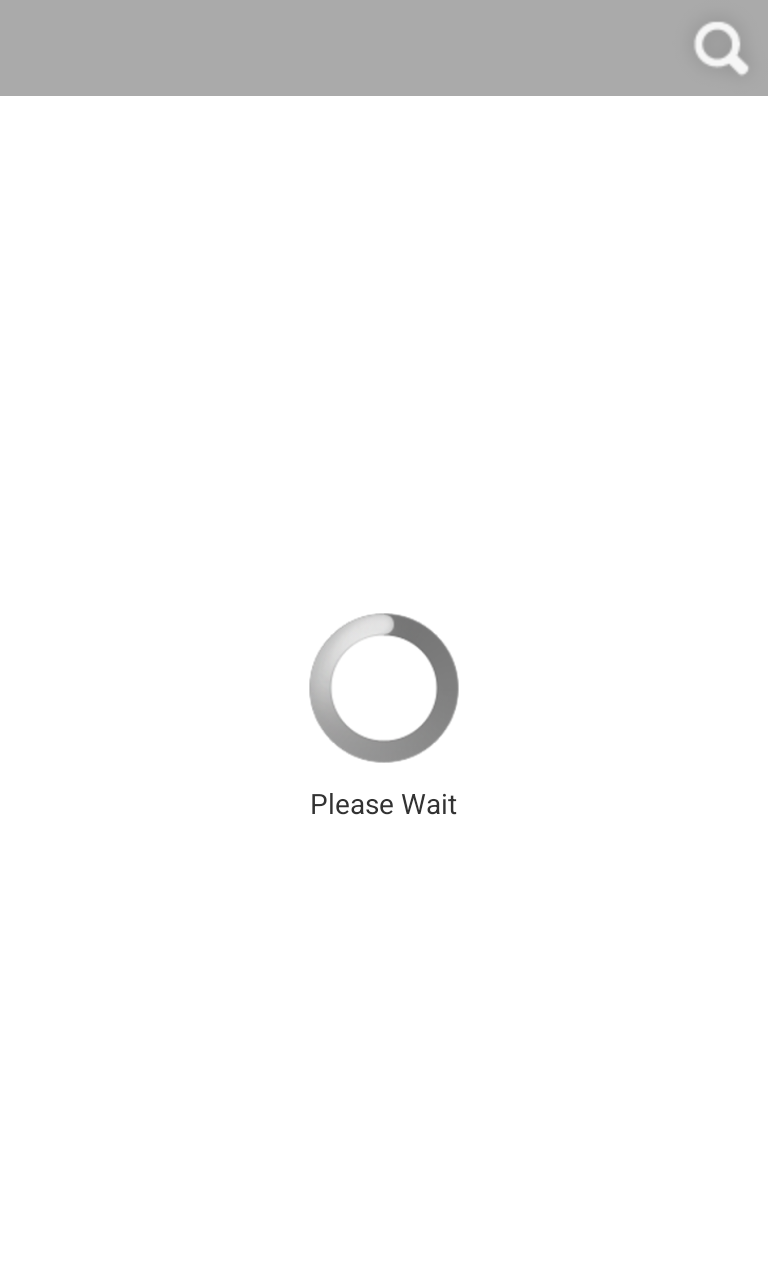
Repository: galihandy/chessboard
Layout: ArsenalIndonesia/res/layout/multiview.xml
These files come from the project's save history. The layout is drawn as it stood at one moment and after the next save; the edit follows.
It is drawn on a 768 x 1280 px phone screen (xhdpi) without system bars, with theme android:Theme.Light.NoTitleBar; the app's code is not run. Lists and similar views that code fills are empty.

Above is the layout before, as saved 2013-02-16 04:27:16.

After the next save:
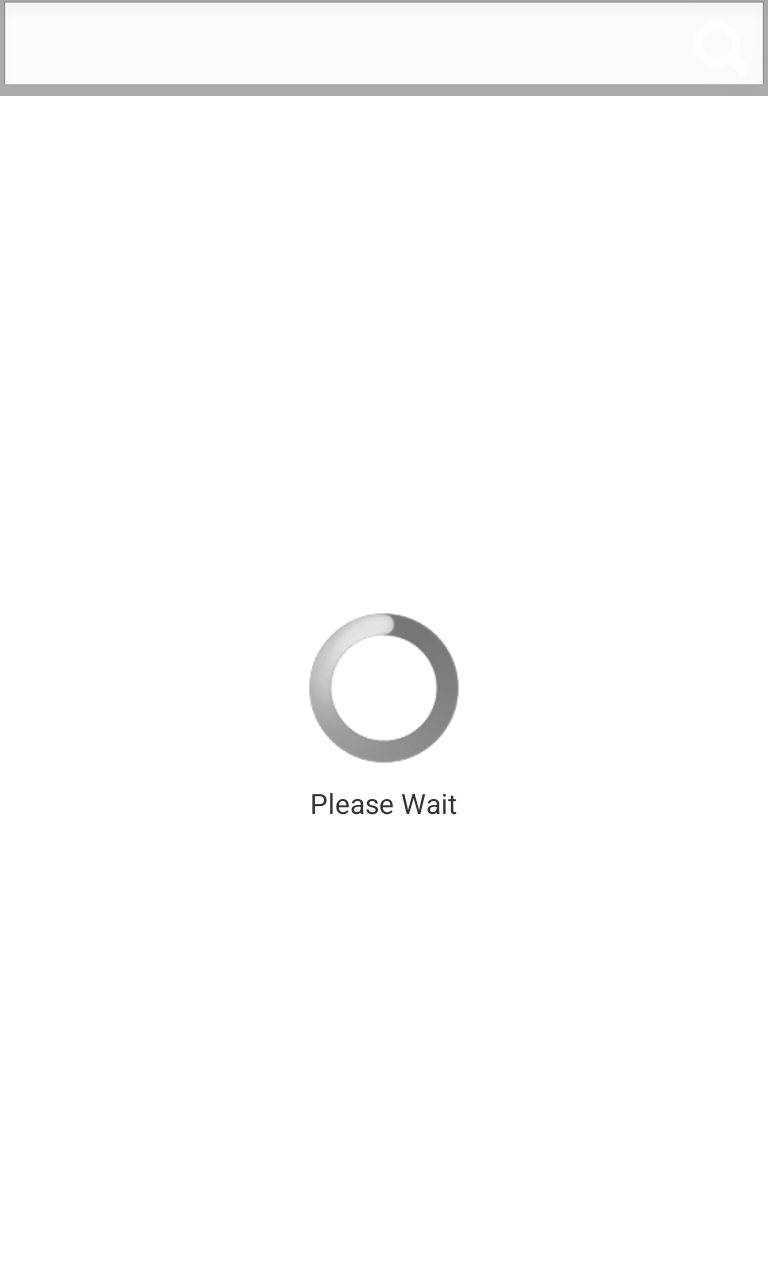
Saved 13 s later.
--- a/ArsenalIndonesia/res/layout/multiview.xml
+++ b/ArsenalIndonesia/res/layout/multiview.xml
@@ -18,7 +18,8 @@
             android:src="@drawable/icon_search"
             android:layout_alignParentRight="true" />
         <EditText android:id="@+id/search_edittext"
-            android:layout_height="wrap_content"/>
+            android:layout_height="wrap_content"
+            android:layout_width="fill_parent"/>
     </RelativeLayout>
 
     <RelativeLayout
